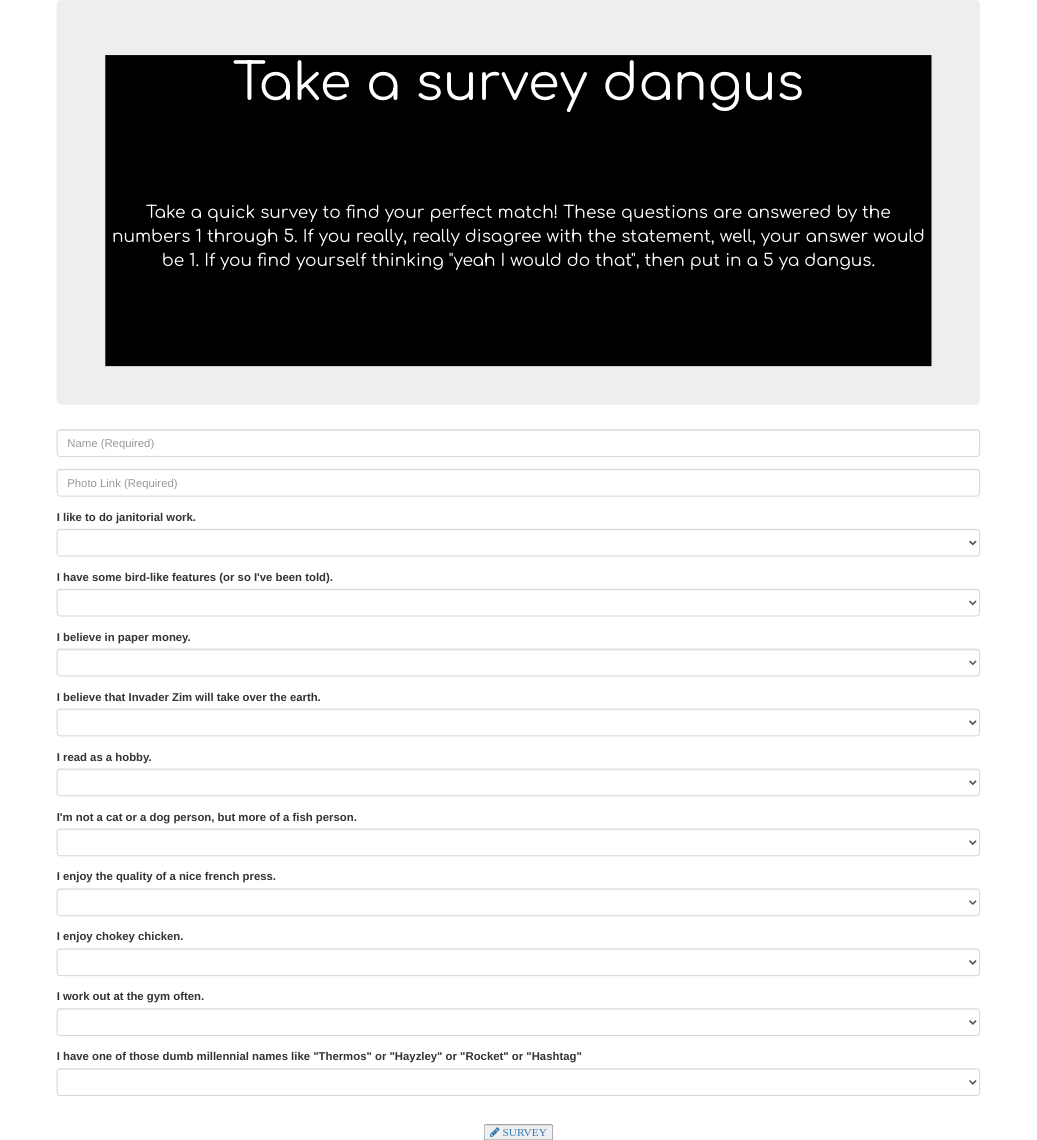
Repository: kcummings1/Mate-Matcher
Page: public/survey.html
An editor plug-in stored every save of this project. The page is shown before and after the next save, followed by the edit.
The browser window is 1280 px wide. The pictures show the whole page, at 81% of full size.
Some web fonts or font styles are not loaded; a fallback is used. Some web libraries are served in a nearby version.

Above is the page before, as saved 2019-10-06 21:11:30.

### public/survey.html
<!DOCTYPE html>
<html>

<head>
    <title>Friend Finder | Survey</title>
    <meta charset="UTF-8">
    <link rel="stylesheet" type="text/css" href="style.css">
    <!--===================\\BootStrap//===================-->
    <link rel="stylesheet" href="https://maxcdn.bootstrapcdn.com/bootstrap/3.3.7/css/bootstrap.min.css">
    <link rel="stylesheet" href="https://maxcdn.bootstrapcdn.com/font-awesome/4.7.0/css/font-awesome.min.css">
    <link href="https://fonts.googleapis.com/css?family=Comfortaa|PT+Mono" rel="stylesheet">
    <script type="text/javascript" src="https://code.jquery.com/jquery-3.2.1.min.js"></script>


</head>

<body>

    <div class="container">
        <div class="jumbotron">
            <div class="title" style="background-color: #000;">
                <h1>Take a survey dangus</h1> <br>
                <p>Take a quick survey to find your perfect match! These questions are answered by the numbers 1 through
                    5.
                    If
                    you really, really disagree with the statement, well, your answer would be 1. If you find yourself
                    thinking
                    "yeah I would do that", then put in a 5 ya dangus.</p> <br>
            </div>
        </div>
        <form>
            <div class="form-group">
                <input id="name" type="text" class="form-control" placeholder="Name (Required)">
            </div>
            <div class="form-group">
                <input id="photo" type="text" class="form-control" placeholder="Photo Link (Required)">
            </div>


            <div class="form-group">
                <label for="q1">I like to do janitorial work.</label>
                <select class="form-control" id="q1">
                    <option value="empty"></option>
                    <option value="1">1 (I Do not like that at all!!)</option>
                    <option value="2">2</option>
                    <option value="3">3 (Meh)</option>
                    <option value="4">4</option>
                    <option value="5">5 (I do like that A lot!!)</option>
                </select>
            </div>
            <div class="form-group">
                <label for="q2">I have some bird-like features (or so I've been told).</label>
                <select class="form-control" id="q2">
                    <option value="empty"></option>
                    <option value="1">1 (I Do not like that at all!!)</option>
                    <option value="2">2</option>
                    <option value="3">3 (Meh)</option>
                    <option value="4">4</option>
                    <option value="5">5 (I do like that A lot!!)</option>
                </select>
            </div>
            <div class="form-group">
                <label for="q3">I believe in paper money.</label>
                <select class="form-control" id="q3">
                    <option value="empty"></option>
                    <option value="1">1 (I Do not like that at all!!)</option>
                    <option value="2">2</option>
                    <option value="3">3 (Meh)</option>
                    <option value="4">4</option>
                    <option value="5">5 (I do like that A lot!!)</option>
                </select>
            </div>
            <div class="form-group">
                <label for="q4">I believe that Invader Zim will take over the earth.</label>
                <select class="form-control" id="q4">
                    <option value="empty"></option>
                    <option value="1">1 (I Do not like that at all!!)</option>
                    <option value="2">2</option>
                    <option value="3">3 (Meh)</option>
                    <option value="4">4</option>
                    <option value="5">5 (I do like that A lot!!)</option>
                </select>
            </div>
            <div class="form-group">
                <label for="q5">I read as a hobby.</label>
                <select class="form-control" id="q5">
                    <option value="empty"></option>
                    <option value="1">1 (I Do not like that at all!!)</option>
                    <option value="2">2</option>
                    <option value="3">3 (Meh)</option>
                    <option value="4">4</option>
                    <option value="5">5 (I do like that A lot!!)</option>
                </select>
            </div>
            <div class="form-group">
                <label for="q6">I'm not a cat or a dog person, but more of a fish person.</label>
                <select class="form-control" id="q6">
                    <option value="empty"></option>
                    <option value="1">1 (I Do not like that at all!!)</option>
                    <option value="2">2</option>
                    <option value="3">3 (Meh)</option>
                    <option value="4">4</option>
                    <option value="5">5 (I do like that A lot!!)</option>
                </select>
            </div>
            <div class="form-group">
                <label for="q7">I enjoy the quality of a nice french press.</label>
                <select class="form-control" id="q7">
                    <option value="empty"></option>
                    <option value="1">1 (I Do not like that at all!!)</option>
                    <option value="2">2</option>
                    <option value="3">3 (Meh)</option>
                    <option value="4">4</option>
                    <option value="5">5 (I do like that A lot!!)</option>
                </select>
            </div>
            <div class="form-group">
                <label for="q8">I enjoy chokey chicken.</label>
                <select class="form-control" id="q8">
                    <option value="empty"></option>
                    <option value="1">1 (I Do not like that at all!!)</option>
                    <option value="2">2</option>
                    <option value="3">3 (Meh)</option>
                    <option value="4">4</option>
                    <option value="5">5 (I do like that A lot!!)</option>
                </select>
            </div>
            <div class="form-group">
                <label for="q9">I work out at the gym often.</label>
                <select class="form-control" id="q9">
                    <option value="empty"></option>
                    <option value="1">1 (I Do not like that at all!!)</option>
                    <option value="2">2</option>
                    <option value="3">3 (Meh)</option>
                    <option value="4">4</option>
                    <option value="5">5 (I do like that A lot!!)</option>
                </select>
            </div>
            <div class="form-group">
                <label for="q10">I have one of those dumb millennial names like "Thermos" or "Hayzley" or
                    "Rocket" or "Hashtag"</label>
                <select class="form-control" id="q10">
                    <option value="empty"></option>
                    <option value="1">1 (I Do not like that at all!!)</option>
                    <option value="2">2</option>
                    <option value="3">3 (Meh)</option>
                    <option value="4">4</option>
                    <option value="5">5 (I do like that A lot!!)</option>
                </select>
            </div>
        </form>


        <div class="text-center"><br>
            <a href="/survey"><button type="button" class="fa fa-pencil survey-button"></span> Survey</button></a>
        </div>

        <!-- Modal after survey completion -->
        <div id="resultsModal" class="modal fade" role="dialog">
            <div class="modal-dialog">
                <div class="modal-content">
                    <div class="modal-header">

                        <h3 class="modal-title">Your New Best Friend</h1>
                    </div>
                    <div class="modal-body">
                        <h2 id="resultsModal"></h2>
                        <div class="modal-body">
                            <h2 id="matchName"></h2>
                            <img id="matchImg"
                                src="https://image.shutterstock.com/image-photo/colorful-flower-on-dark-tropical-260nw-721703848.jpg"
                                alt="colorful-flower-on-dark-tropical-260nw-721703848">
                        </div>
                    </div>
                    <div class="modal-footer">
                        <!-- <img id="bestFriendPhoto" src="#"> <button type="button" class="btn btn-default" data-dismiss="modal">Close</button> -->
                    </div>
                </div>
            </div>
        </div>
    </div>

    <script src="https://code.jquery.com/jquery-3.2.1.min.js"
        integrity="sha256-hwg4gsxgFZhOsEEamdOYGBf13FyQuiTwlAQgxVSNgt4=" crossorigin="anonymous"></script>
    <script src="https://maxcdn.bootstrapcdn.com/bootstrap/3.3.7/js/bootstrap.min.js"></script>
</body>

</html>

<script type="text/javascript">

    //=========\\====Capturing form inputs====//==========\\
    $("#submit").on("click", function (event) {
        event.preventDefault();
        //=========\\====Create an object for the user's data====//==========\\
        var userData = {
            name: $("#name").val(),
            Photo: $("#photo").val(),
            scores: [
                $("#q1").val(),
                $("#q2").val(),
                $("#q3").val(),
                $("#q4").val(),
                $("#q5").val(),
                $("#q6").val(),
                $("#q7").val(),
                $("#q8").val(),
                $("#q9").val(),
                $("#q10").val(),
            ]
        };
        //=========\\====AJAX post the data to the friends API.====//==========\\
        $.post("/api/friends", userData, function (data) {
            $("#matchName").text(data.name);
            $("#matchImg").attr("src", data.photo);
            $("#resultsModal").modal("toggle");
        });
    });


</script>

</html>

### public/style.css
.title{
	text-align: center;
	font-family: "Comfortaa";
	font-size: 500%;
	color: #fff;
}

.slogan{
	text-align: center;
	font-family: "PT Mono";
	font-size: 150%;
	text-transform: uppercase;
	color: #fff;
}

.survey-button{
	text-align: center;
	font-family: "PT Mono";
	font-size: 120%;
	text-transform: uppercase;
}

.subtitle{
	text-align: center;
	font-family: "Comfortaa";
	font-size: 200%;
	font-weight: bold;
}

.survey-container{
	width: 50%;
	margin-left: 25%;
	text-align: center;
}

After the next save:
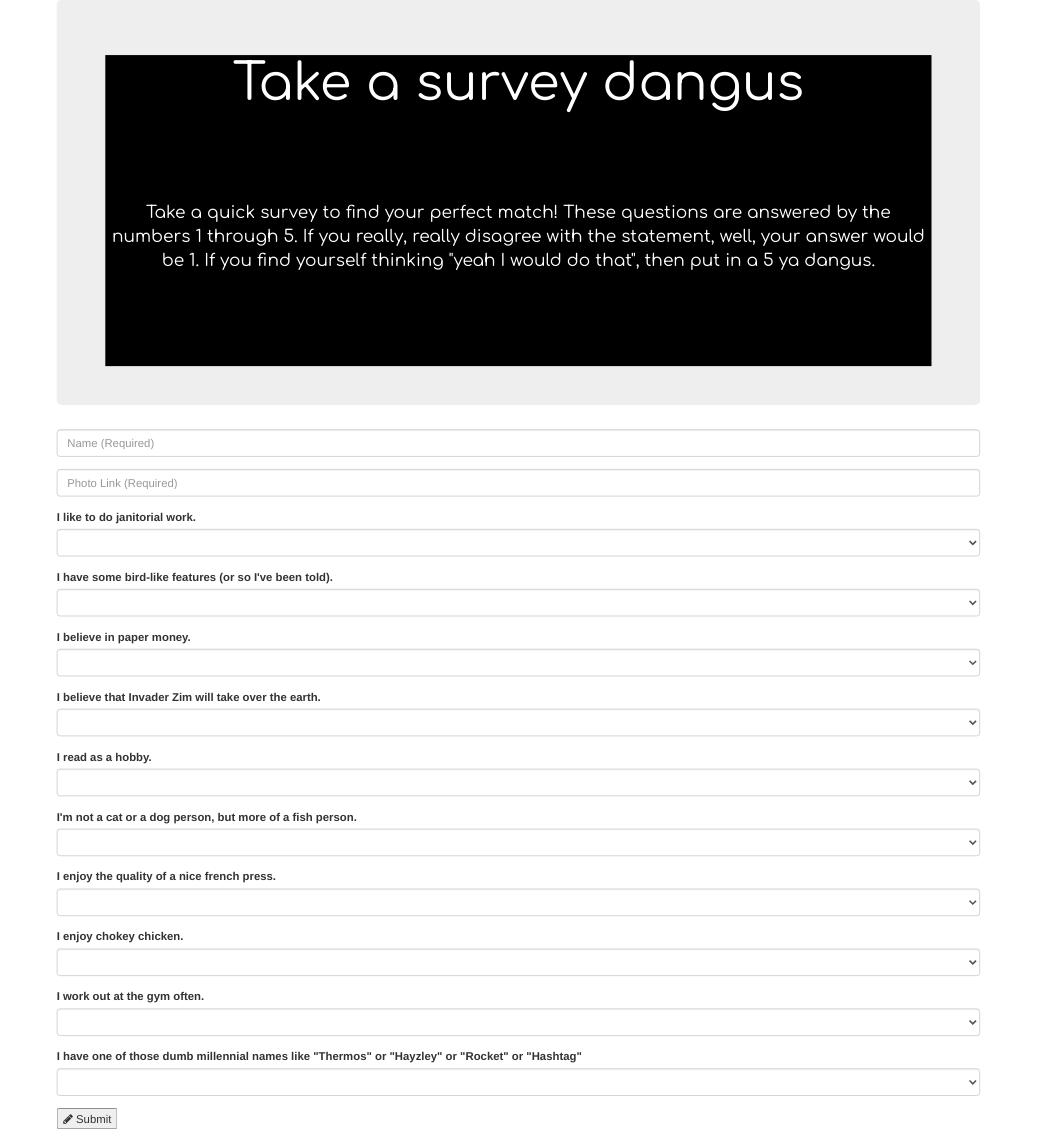
Saved 41 min 57 s later.
--- a/public/survey.html
+++ b/public/survey.html
@@ -151,9 +151,8 @@
         </form>
 
 
-        <div class="text-center"><br>
-            <a href="/survey"><button type="button" class="fa fa-pencil survey-button"></span> Survey</button></a>
-        </div>
+        <button type="submit" id="submit"><i class="fa fa-pencil survey-button"></i>
+        Submit</button>
 
         <!-- Modal after survey completion -->
         <div id="resultsModal" class="modal fade" role="dialog">
